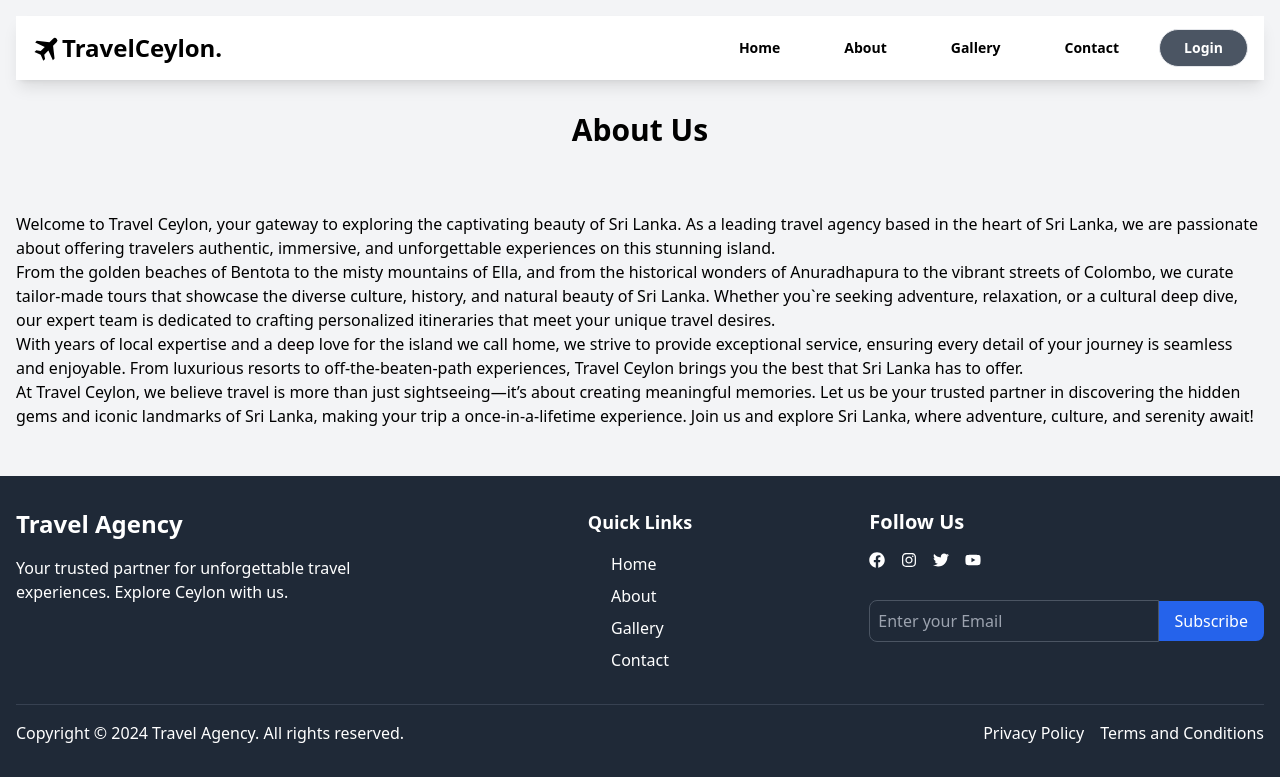
Repository: thisara199/Travel-Agency-Website
Page: /about
The author's editor kept a copy of each file at every save. The page is drawn from the files as they stood at one save, then again after a run of saves.
The browser window is 1280 px wide. The pictures show the whole page.
The project was rebuilt for these pictures with package versions that can differ from the ones it lists, and the page was loaded fresh each time. Also part of the build but not shown: vite.config.js, src/components/HeroSection/HeroSection.jsx, src/components/FeaturedDestination/FeaturedDestination.jsx, src/components/Testimonials/Testimonials.jsx, src/components/Banner/Banner.jsx, src/pages/Home.jsx.

Above is the page before, as saved 2024-09-04 19:30:21.

### index.html
<!doctype html>
<html lang="en">
  <head>
    <meta charset="UTF-8" />
    <link rel="icon" type="image/svg+xml" href="/public/favicon-32x32.png" />
    <meta name="viewport" content="width=device-width, initial-scale=1.0" />
    <title>Travel Agency</title>
  </head>
  <body>
    <div id="root"></div>
    <script type="module" src="/src/main.jsx"></script>
  </body>
</html>

### src/App.jsx
import { BrowserRouter, Routes, Route } from 'react-router-dom'
import Home from './pages/Home'
import Navbar from './components/Navbar/Navbar'
import Footer from './components/Footer/Footer'
import About from './pages/About'

const App = () => {
  return (
    <BrowserRouter>
    <Navbar />
       <Routes>
        <Route path='/' element={<Home />} />
        <Route path='/about' element={<About />} />
       </Routes>
    <Footer />
    </BrowserRouter>
  )
}

export default App

### src/components/Navbar/Navbar.jsx
import { FaBars, FaTimes } from "react-icons/fa"
import { Link } from "react-router-dom"
import { useState } from "react"
import { BiSolidPlaneAlt } from "react-icons/bi";


const Navbar = () => {
  const [isOpen, setIsOpen] = useState(false)
  return (
    <nav className="fixed top-0 left-0 right-0 z-10 m-4 bg-white shadow-lg">
      <div className="container flex items-center justify-between h-16 px-4">
        <div className="flex items-center">
        <BiSolidPlaneAlt className="text-3xl"/>
        <h3 className="text-2xl font-bold">TravelCeylon.</h3>
        </div>
        <div className="items-center hidden space-x-4 text-sm font-bold md:flex ">
          <Link to="/" className="px-6 py-2 hover:bg-gray-600 hover:text-white">Home</Link>
          <Link to="/about" className="px-6 py-2 hover:bg-gray-600 hover:text-white">About</Link>
          <Link to="/gallery" className="px-6 py-2 hover:bg-gray-600 hover:text-white">Gallery</Link>
          <Link to="/contact" className="px-6 py-2 hover:bg-gray-600 hover:text-white">Contact</Link>
          <button className="px-6 py-2 text-white bg-gray-600 border rounded-full hover:scale-105 hover:bg-gray-500">Login</button>
        </div>
        <div className="md:hidden">
          <button onClick={() => setIsOpen(!isOpen)}>
            {isOpen ? <FaTimes /> : <FaBars />}
          </button>
        </div>
      </div>
      <div>
        {isOpen && (
           <div className="flex flex-col items-center pb-10 space-y-6 font-bold bg-white md:hidden">
           <Link to="/" className="px-6 py-2 hover:bg-gray-600 hover:text-white">Home</Link>
           <Link to="/about" className="px-6 py-2 hover:bg-gray-600 hover:text-white">About</Link>
           <Link to="/gallery" className="px-6 py-2 hover:bg-gray-600 hover:text-white">Gallery</Link>
           <Link to="/about" className="px-6 py-2 hover:bg-gray-600 hover:text-white">About</Link>
           <button className="px-6 py-2 text-white bg-gray-600 border rounded-full hover:scale-105 hover:bg-gray-500">Login</button>
         </div>
        )}
      </div>
    </nav>
  )
}

export default Navbar

### src/components/Footer/Footer.jsx
import { FaFacebook, FaInstagram, FaYoutube } from "react-icons/fa";
import { FaTwitter } from "react-icons/fa6";
import { Link } from "react-router-dom";

const Footer = () => {
  return (
    <div className="py-8 text-white bg-gray-800">
      <div className="container px-4 mx-auto">
        <div className="grid gap-8 sm:grid-cols-1 lg:grid-cols-3">
          <div>
            <h2 className="mb-4 text-2xl font-bold">Travel Agency</h2>
            <p className="mb-4">
              Your trusted partner for unforgettable travel experiences. Explore
              Ceylon with us.
            </p>
          </div>
          <div className="flex flex-col md:items-center">
            <h4 className="text-lg font-semibold">Quick Links</h4>
            <div className="flex flex-col mt-4 space-y-2">
              <Link to="/">Home</Link>
              <Link to="/about">About</Link>
              <Link to="/gallery">Gallery</Link>
              <Link to="/contact">Contact</Link> {/* Updated link */}
            </div>
          </div>
          <div>
            <h2 className="mb-4 text-xl font-bold">Follow Us</h2>
            <div className="flex mb-4 space-x-4">
              <FaFacebook className="text-white hover:text-gray-400" aria-label="Facebook" />
              <FaInstagram className="text-white hover:text-gray-400" aria-label="Instagram" />
              <FaTwitter className="text-white hover:text-gray-400" aria-label="Twitter" />
              <FaYoutube className="text-white hover:text-gray-400" aria-label="YouTube" />
            </div>
            <form action="" className="flex items-center mt-8">
              <input
                type="email"
                placeholder="Enter your Email"
                className="w-full p-2 bg-gray-800 border border-gray-600 rounded-l-lg"
              />
              <button
                type="submit"
                className="px-4 py-2 text-white bg-blue-600 rounded-r-lg hover:bg-blue-700"
              >
                Subscribe
              </button>
            </form>
          </div>
        </div>
        <div className="flex justify-between pt-4 mt-8 border-t border-gray-700">
          <p>Copyright &copy; 2024 Travel Agency. All rights reserved.</p>
          <div className="flex space-x-4">
            <Link to="/privacy" className="hover:text-gray-400">Privacy Policy</Link>
            <Link to="/terms" className="hover:text-gray-400">Terms and Conditions</Link>
          </div>
        </div>
      </div>
    </div>
  );
};

export default Footer;

### src/pages/About.jsx


const About = () => {
  return (
    <div className="py-12 bg-gray-100">
      <div className="container px-4 mx-auto">
        <h2 className="my-16 text-3xl font-bold text-center">About Us</h2>
        <p>Welcome to Travel Ceylon, your gateway to exploring the captivating beauty of Sri Lanka. As a leading travel agency based in the heart of Sri Lanka, we are passionate about offering travelers authentic, immersive, and unforgettable experiences on this stunning island.</p>
        <p>From the golden beaches of Bentota to the misty mountains of Ella, and from the historical wonders of Anuradhapura to the vibrant streets of Colombo, we curate tailor-made tours that showcase the diverse culture, history, and natural beauty of Sri Lanka. Whether you`re seeking adventure, relaxation, or a cultural deep dive, our expert team is dedicated to crafting personalized itineraries that meet your unique travel desires.</p>
        <p>With years of local expertise and a deep love for the island we call home, we strive to provide exceptional service, ensuring every detail of your journey is seamless and enjoyable. From luxurious resorts to off-the-beaten-path experiences, Travel Ceylon brings you the best that Sri Lanka has to offer.</p>
        <p>At Travel Ceylon, we believe travel is more than just sightseeing—it’s about creating meaningful memories. Let us be your trusted partner in discovering the hidden gems and iconic landmarks of Sri Lanka, making your trip a once-in-a-lifetime experience. Join us and explore Sri Lanka, where adventure, culture, and serenity await!</p>
      </div>
    </div>
  )
}

export default About

### src/components/Services/Services.jsx
import { FaConciergeBell, FaHotel, FaPlane, FaUmbrellaBeach } from 'react-icons/fa';

const services = [
  {
    icon: <FaPlane className='text-4xl text-blue-500' />,
    title: 'Flight Booking',
    description: 'Effortlessly book your flights with our streamlined process and find the best deals.',
  },
  {
    icon: <FaHotel className='text-4xl text-blue-500' />,
    title: 'Hotel Booking',
    description: 'Secure your ideal hotel stay quickly with our simple booking system and exclusive offers.',
  },
  {
    icon: <FaUmbrellaBeach className='text-4xl text-blue-500' />,
    title: 'Beach Tours',
    description: 'Discover pristine beaches and breathtaking views with our curated beach tour packages.',
  },
  {
    icon: <FaConciergeBell className='text-4xl text-blue-500' />,
    title: 'Concierge Services',
    description: 'Enjoy personalized concierge services that cater to all your needs, ensuring a seamless experience.',
  },
];

const Services = () => {
  return (
    <div className='py-12 bg-gray-100'>
      <div className='container px-4 mx-auto'>
        <h2 className='mb-8 text-3xl font-bold text-center'>Our Services</h2>
        <div data-aos="flip-left" className='grid gap-6 sm:grid-cols-2 lg:grid-cols-3 xl:grid-cols-4 '>
          {services.map((service) => (
            <div  key={service.title} className='flex flex-col items-center p-8 transition duration-300 transform bg-white rounded-lg shadow-md cursor-pointer hover:scale-110'>
              <div className='flex justify-center py-6 mb-4'>
                {service.icon}
              </div>
              <h3 className='mb-2 text-xl font-bold text-center'>{service.title}</h3>
              <p className='py-5 text-center text-gray-600'>{service.description}</p>
            </div>
          ))}
        </div>
      </div>
    </div>
  );
};

export default Services;

Loaded but not shown: src/main.jsx (common file); src/index.css (common file); tailwind.config.js (common file)

After the next 3 saves:
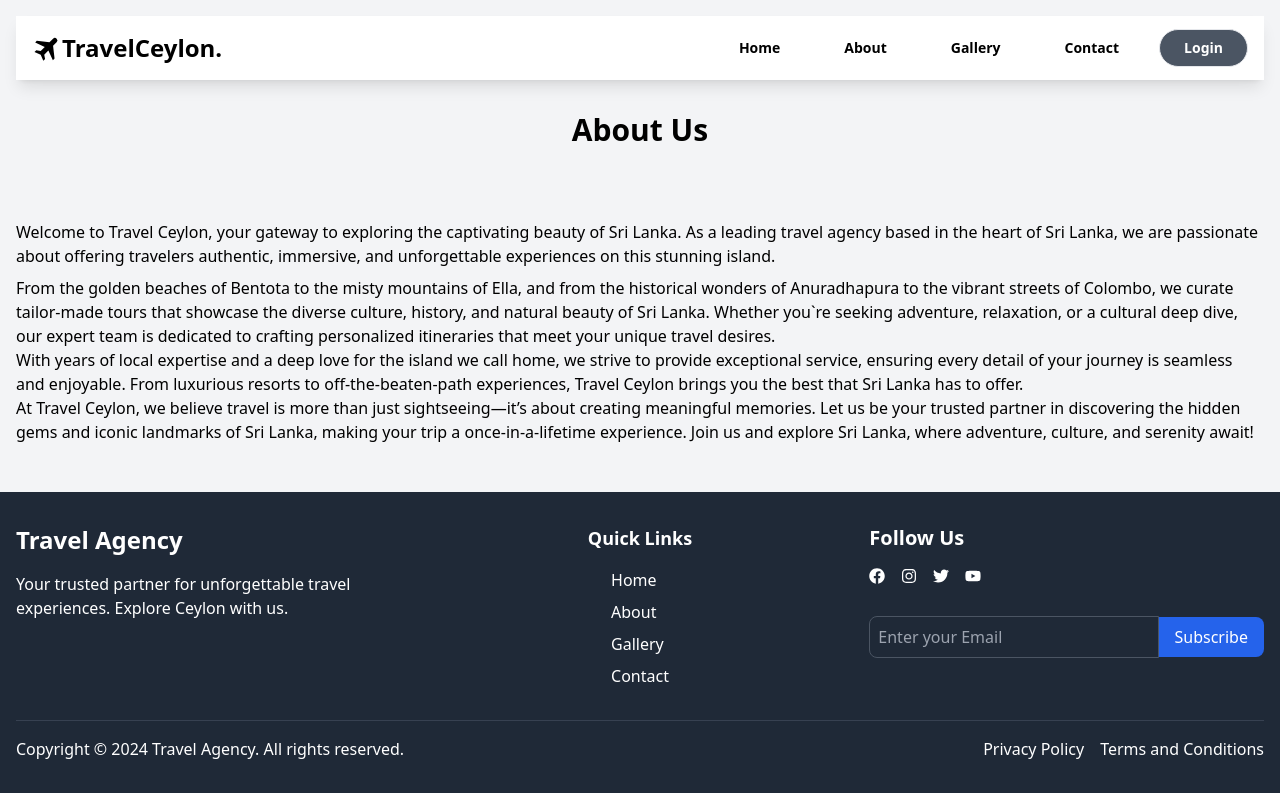
The 3 saves are shown as one change because they came seconds apart.
The last was saved 18 s later.
--- a/src/pages/About.jsx
+++ b/src/pages/About.jsx
@@ -5,7 +5,7 @@ const About = () => {
     <div className="py-12 bg-gray-100">
       <div className="container px-4 mx-auto">
         <h2 className="my-16 text-3xl font-bold text-center">About Us</h2>
-        <p>Welcome to Travel Ceylon, your gateway to exploring the captivating beauty of Sri Lanka. As a leading travel agency based in the heart of Sri Lanka, we are passionate about offering travelers authentic, immersive, and unforgettable experiences on this stunning island.</p>
+        <p className="py-2">Welcome to Travel Ceylon, your gateway to exploring the captivating beauty of Sri Lanka. As a leading travel agency based in the heart of Sri Lanka, we are passionate about offering travelers authentic, immersive, and unforgettable experiences on this stunning island.</p>
         <p>From the golden beaches of Bentota to the misty mountains of Ella, and from the historical wonders of Anuradhapura to the vibrant streets of Colombo, we curate tailor-made tours that showcase the diverse culture, history, and natural beauty of Sri Lanka. Whether you`re seeking adventure, relaxation, or a cultural deep dive, our expert team is dedicated to crafting personalized itineraries that meet your unique travel desires.</p>
         <p>With years of local expertise and a deep love for the island we call home, we strive to provide exceptional service, ensuring every detail of your journey is seamless and enjoyable. From luxurious resorts to off-the-beaten-path experiences, Travel Ceylon brings you the best that Sri Lanka has to offer.</p>
         <p>At Travel Ceylon, we believe travel is more than just sightseeing—it’s about creating meaningful memories. Let us be your trusted partner in discovering the hidden gems and iconic landmarks of Sri Lanka, making your trip a once-in-a-lifetime experience. Join us and explore Sri Lanka, where adventure, culture, and serenity await!</p>
